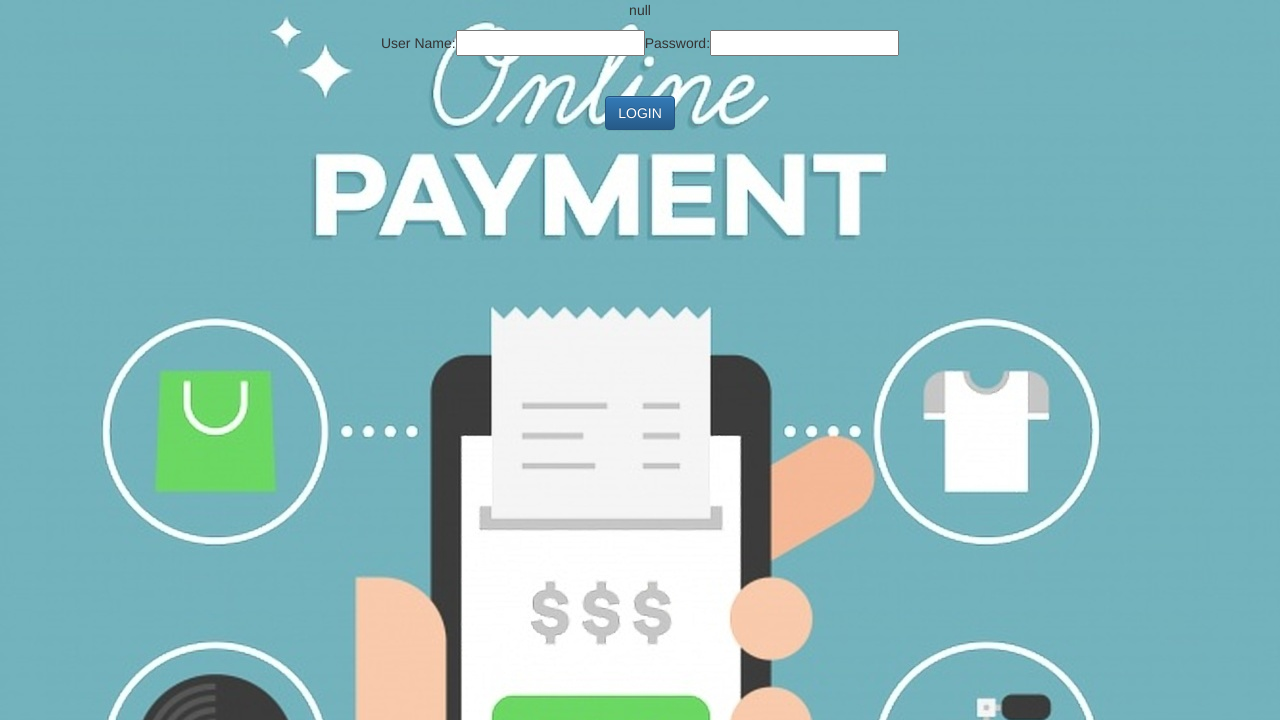
Repository: shaharyar-shamshi/crossplatform
Page: http://localhost/transaction/loginfailed.jsp
An editor plug-in stored every save of this project. The page is shown before and after the next save, followed by the edit.
The browser window is 1280 px wide. The pictures show the whole page.
The page is served by Tomcat 9. Other server files are loaded and not shown.

Above is the page before, as saved 2018-02-03 12:19:48.
Console error (its wording comes from the project's code and is left out).

### transaction/WebContent/loginfailed.jsp

    <!DOCTYPE html PUBLIC "-//W3C//DTD HTML 4.01 Transitional//EN" "http://www.w3.org/TR/html4/loose.dtd">
<html>
<head>
	<style type="text/css">
		body
{
	background-image: url(back.jpg);
	font-size: x-large;
}
.login-btn
{
	font-size: x-large;
}
	</style>
	<link rel="stylesheet" href="https://maxcdn.bootstrapcdn.com/bootstrap/3.3.7/css/bootstrap.min.css" integrity="sha384-BVYiiSIFeK1dGmJRAkycuHAHRg32OmUcww7on3RYdg4Va+PmSTsz/K68vbdEjh4u" crossorigin="anonymous">

<!-- Optional theme -->
<link rel="stylesheet" href="https://maxcdn.bootstrapcdn.com/bootstrap/3.3.7/css/bootstrap-theme.min.css" integrity="sha384-rHyoN1iRsVXV4nD0JutlnGaslCJuC7uwjduW9SVrLvRYooPp2bWYgmgJQIXwl/Sp" crossorigin="anonymous">

<!-- Latest compiled and minified JavaScript -->
<script src="https://maxcdn.bootstrapcdn.com/bootstrap/3.3.7/js/bootstrap.min.js" integrity="sha384-Tc5IQib027qvyjSMfHjOMaLkfuWVxZxUPnCJA7l2mCWNIpG9mGCD8wGNIcPD7Txa" crossorigin="anonymous"></script>
<title>Insert title here</title>
</head>
<body>
<p align="center"> <%= request.getAttribute("msg") %> </p>
<form align="center" action="logincheck" method="post">
<table align="center">
<tr>
<td>
User Name:
</td>
<td>
<input type="text" name="userid" length=25/>
</td>
<td> Password:</td>
<td><input type="password" name="password" length=25 /></td>
</tr>
</table>
<br><br>

<button class="btn btn-primary">LOGIN</button>
</form>

</body>
</html>

After the next save:
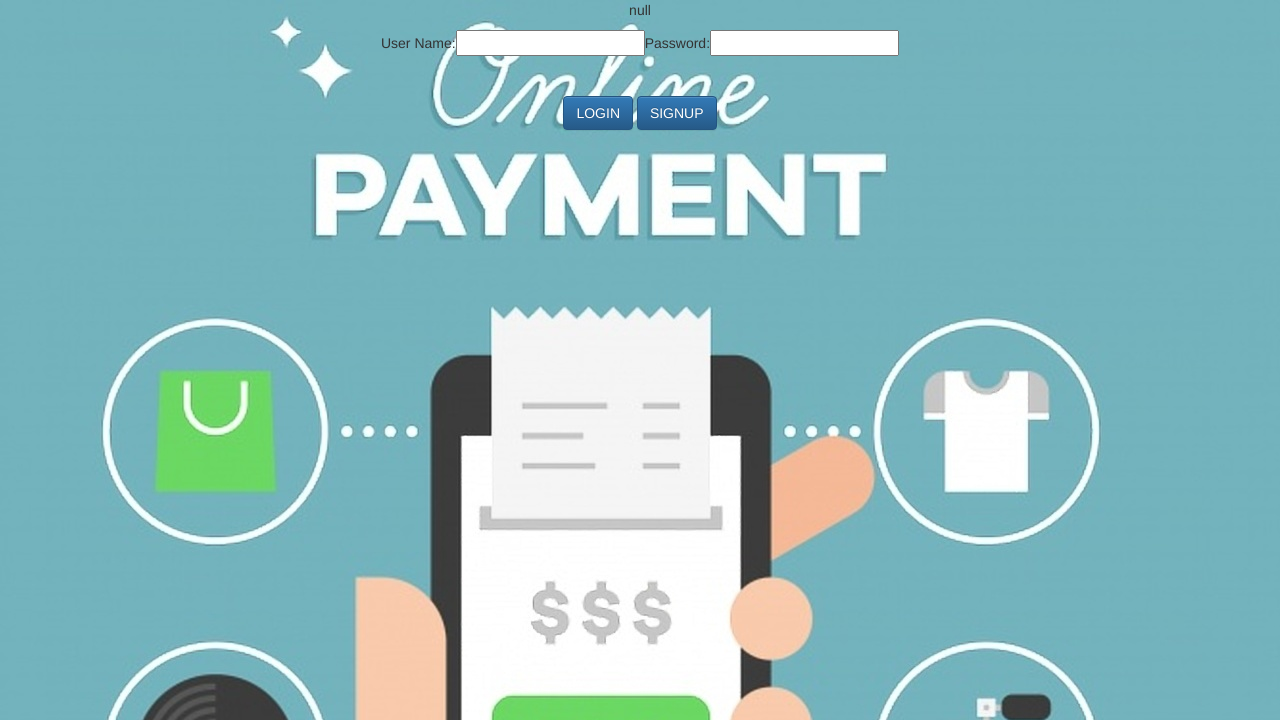
Saved 2 min 12 s later.
--- a/transaction/WebContent/loginfailed.jsp
+++ b/transaction/WebContent/loginfailed.jsp
@@ -38,8 +38,16 @@ User Name:
 </tr>
 </table>
 <br><br>
+<tr>
+<td>
 
 <button class="btn btn-primary">LOGIN</button>
+</td>
+<td>
+
+<button class="btn btn-primary">SIGNUP</button>
+</td>
+
 </form>
 
 </body>
